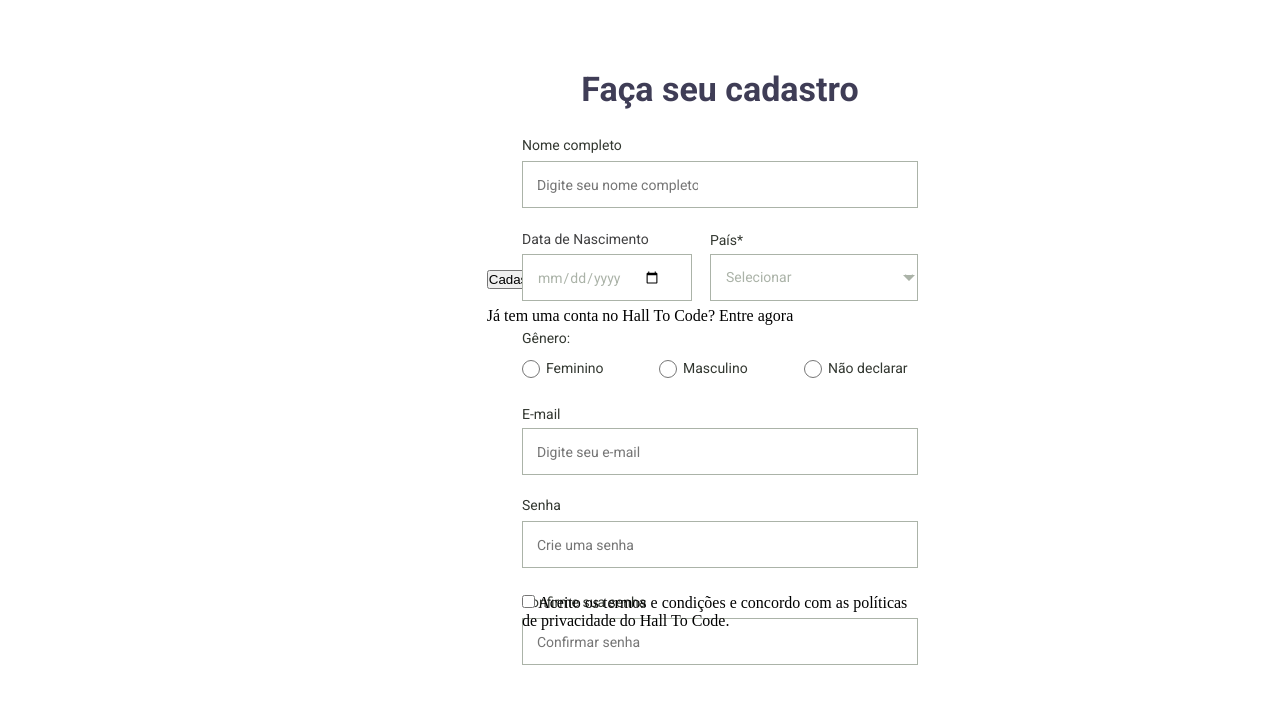
Repository: RenatoCCS/formularios
Page: cadastro.html
The author's editor kept a copy of each file at every save. The page is drawn from the files as they stood at one save, then again after the next save.
The browser window is 1280 px wide. The pictures show the whole page.

Above is the page before, as saved 2023-03-25 15:22:39.

### cadastro.html
<!DOCTYPE html>
<html lang="pt-br">
  <head>
    <meta charset="UTF-8" />
    <meta http-equiv="X-UA-Compatible" content="IE=edge" />
    <meta name="viewport" content="width=device-width, initial-scale=1.0" />
    <link rel="stylesheet" href="style.css" />
    <title>Faça seu cadastro</title>
  </head>

  <body class="container">
    <form action="" class="form__Cadastro">
      <div class="form__Cadastro__Titulo">
        <h1>Faça seu cadastro</h1>
      </div>

      <div class="nome__Cadastro">
        <label class="nome__Cadastro__Nomecompleto" for="name"
          >Nome completo</label
        >

        <input
          class="nome__Cadastro__Campo"
          id="name"
          type="text"
          name="name"
          placeholder="Digite seu nome completo"
        />
      </div>
      <br /><br />

      <div class="data__Cadastro">
        <label class="data__Cadastro__Nascimento" for="date"
          >Data de Nascimento</label
        >
        <br />

        <input
          class="data__Cadastro__Calendario"
          id="date"
          type="date"
          name="date"
          placeholder="dd/mm/aaaa"
        />
      </div>
      <br /><br />

      <div class="pais__Cadastro">
        <label class="pais__Cadastro__Pais" for="options__Cascading"
          >País*</label
        ><br />
        <select
          class="pais__Cadastro__Campo"
          name="opções"
          id="options__Cascading "
        >
          <option>Selecionar</option>
          <option>Brasil</option>
          <option>Argentina</option>
          <option>Chile</option>
          <option>Uruguai</option>
        </select>
        <img
          class="pais__Cadastro__Seta"
          src="./assets/arrow_drop_down.png"
          alt="Icone de seta"
        />
      </div>
      <br /><br />

      <section class="genero__Cadastro">
        <legend class="genero__Cadastro__Titulo">Gênero:</legend>

        <input
          class="genero__Cadastro__Botao1"
          id="option__Button__Feminino"
          type="radio"
          name="botão"
        />
        <label class="genero__Cadastro__Feminino" for="option__Button__Feminino"
          >Feminino</label
        >

        <input
          class="genero__Cadastro__Botao2"
          id="option__Button__Masculino"
          type="radio"
          name="botão"
        />
        <label
          class="genero__Cadastro__Masculino"
          for="option__Button__Masculino"
          >Masculino</label
        >

        <input
          class="genero__Cadastro__Botao3"
          id="option__Button__Naodeclarar"
          type="radio"
          name="botão"
        />
        <label
          class="genero__Cadastro__Naodeclarar"
          for="option__Button__Naodeclarar"
          >Não declarar</label
        >
      </section>
      <br />

      <div class="email__Cadastro">
        <label class="email__Cadastro__Titulo" for="email">E-mail</label>
        <br />
        <input
          class="email__Cadastro__Campo"
          id="email"
          type="email"
          name="email"
          placeholder="Digite seu e-mail"
        />
      </div>
      <br /><br />

      <div class="senha__Cadastro">
        <label class="senha__Cadastro__Titulo" for="password">Senha</label>
        <br />
        <input
          class="senha__Cadastro__Campo"
          id="password"
          type="password"
          name="senha"
          placeholder="Crie uma senha"
        />
      </div>
      <br /><br />

      <div class="confirma__Cadastro">
        <label class="confirma__Cadastro__Titulo" for="confirm__Password"
          >Confirme sua senha</label
        >
        <br />
        <input
          class="confirma__Cadastro__Campo"
          id="confirm__Password"
          type="password"
          name="confirmar__Senha"
          placeholder="Confirmar senha"
        />
      </div>
      <br /><br />

      <div class="termo__Cadastro">
        <input
          class="termo__Cadastro__Botao"
          type="checkbox"
          name="termos"
          id="term"
        />
        <label class="termo__Cadastro__Texto" for="term"
          >Aceito os termos e condições e concordo com as políticas de
          privacidade do Hall To Code.</label
        >
      </div>
      <br /><br />

      <button type="submit">Cadastrar</button>
      <br /><br />

      <p>Já tem uma conta no Hall To Code? Entre agora</p>
    </form>
  </body>
</html>

### style.css
@import url('https://fonts.googleapis.com/css2?family= Roboto :wght@400;700 & display=swap');

* {
  margin: 0;
  padding: 0;
}

:root {
  --primeira-cor: #3f3d56;
  --segunda-cor: #323730;
  --terceira-cor: #abb3a8;
  --quarta-cor: #ffffff;
  --quinta-cor: #3f3f40;

  --fonte-primaria: 'Roboto', sans-serif;
}

.container {
  display: flex;
  justify-content: center;
}

.form__Cadastro__Titulo {
  position: absolute;
  width: 302px;
  height: 43px;
  left: 569px;
  top: 68px;
  color: var(--primeira-cor);
  font-family: var(--fonte-primaria);
  font-style: normal;
  font-weight: 700;
  font-size: 17px; /*o indicado é 37px, mas se manter quebra a linha*/
  line-height: 43px;
  text-align: center;
}

.nome__Cadastro {
  position: absolute;
  width: 396px;
  height: 69px;
  top: 139px;
  left: 522px;
}

.nome__Cadastro__Nomecompleto {
  position: absolute;
  width: 100px;
  height: 24px;
  top: -6px;
  left: 0px;
  color: var(--segunda-cor);
  font-family: var(--fonte-primaria);
  font-style: normal;
  font-weight: 400;
  font-size: 14px;
  line-height: 24px;
}

.nome__Cadastro__Campo {
  position: absolute;
  width: 163px;
  height: 24px;
  top: 34px;
  left: 14px;
  color: var(--terceira-cor);
  font-family: var(--fonte-primaria);
  font-style: normal;
  font-weight: 400;
  font-size: 14px;
  line-height: 24px;
  padding: 12px 219px 11px 14px;
}

.nome__Cadastro__Campo {
  box-sizing: border-box;
  border: 1px solid;
  position: absolute;
  width: 396px;
  height: 47px;
  top: 22px;
  left: 0%;
  right: 0%;
  top: 31, 88%;
  bottom: 0%;
  color: var(--terceira-cor);
  background-color: var(--quarta-cor);
}

.data__Cadastro {
  position: absolute;
  width: 170px;
  height: 74px;
  left: 522px;
  top: 232px;
}

.data__Cadastro__Nascimento {
  position: absolute;
  width: 127px;
  height: 18px;
  top: -2px;
  left: 0px;
  color: var(--quinta-cor);
  font-family: var(--fonte-primaria);
  font-style: normal;
  font-weight: 400;
  font-size: 14px;
  line-height: 24px;
  display: flex;
  align-items: center;
}

.data__Cadastro__Calendario {
  position: absolute;
  width: 83px;
  height: 24px;
  top: 12px;
  left: 14px;
  color: var(--terceira-cor);
  font-family: var(--fonte-primaria);
  font-style: normal;
  font-weight: 400;
  font-size: 14px;
  line-height: 24px;
  display: flex;
  align-items: center;
  padding: 12px 73px 11px 14px;
}

.data__Cadastro__Calendario {
  box-sizing: border-box;
  border: 1px solid;
  position: absolute;
  width: 170px;
  height: 47px;
  top: 22px;
  left: 0%;
  right: 0%;
  top: 31, 88%;
  bottom: 0%;
  color: var(--terceira-cor);
  background-color: var(--quarta-cor);
}

.pais__Cadastro {
  position: absolute;
  width: 208px;
  height: 69px;
  top: 230px;
  left: 710px;
}

.pais__Cadastro__Pais {
  position: absolute;
  width: 34px;
  height: 15px;
  top: -2px;
  left: 0px;
  color: var(--segunda-cor);
  font-family: var(--fonte-primaria);
  font-style: normal;
  font-weight: 400;
  font-size: 14px;
  line-height: 24px;
}

.pais__Cadastro__Campo {
  position: absolute;
  width: 66px;
  height: 24px;
  top: 34px;
  left: 14px;
  color: var(--terceira-cor);
  font-family: var(--fonte-primaria);
  font-style: normal;
  font-weight: 400;
  font-size: 14px;
  line-height: 24px;
  padding: 12px 11px 14px;
}

.pais__Cadastro__Campo {
  box-sizing: border-box;
  border: 1px solid;
  position: absolute;
  width: 208px;
  height: 47px;
  top: 24px;
  left: 0%;
  right: 0%;
  top: 31, 88%;
  bottom: 0%;
  color: var(--terceira-cor);
  background-color: var(--quarta-cor);
}

.pais__Cadastro__Campo option {
  position: absolute;
  color: var(--segunda-cor);
  font-family: var(--fonte-primaria);
  font-style: normal;
  font-weight: 400;
  font-size: 14px;
  line-height: 16px;
}

.pais__Cadastro__Seta {
  position: absolute;
  width: 12px;
  height: 6px;
  top: 45px;
  left: 193px;
}

.genero__Cadastro {
  position: absolute;
  width: 386px;
  height: 50px;
  top: 328px;
  left: 522px;
}

.genero__Cadastro__Titulo {
  position: absolute;
  width: 49px;
  height: 24px;
  top: -2px;
  left: 0px;
  color: var(--segunda-cor);
  font-family: var(--fonte-primaria);
  font-style: normal;
  font-weight: 400;
  font-size: 14px;
  line-height: 24px;
}

.genero__Cadastro__Botao1 {
  position: absolute;
  box-sizing: border-box;
  width: 18px;
  height: 18px;
  top: 32px;
  left: 0px;
}

.genero__Cadastro__Feminino {
  position: absolute;
  width: 58px;
  height: 16px;
  top: 32px;
  left: 24px;
  color: var(--segunda-cor);
  font-family: var(--fonte-primaria);
  font-style: normal;
  font-weight: 400;
  font-size: 14px;
  line-height: 16px;
}

.genero__Cadastro__Botao2 {
  position: absolute;
  box-sizing: border-box;
  width: 18px;
  height: 18px;
  top: 32px;
  left: 137px;
}

.genero__Cadastro__Masculino {
  position: absolute;
  width: 65px;
  height: 16px;
  top: 32px;
  left: 161px;
  color: var(--segunda-cor);
  font-family: var(--fonte-primaria);
  font-style: normal;
  font-weight: 400;
  font-size: 14px;
  line-height: 16px;
}

.genero__Cadastro__Botao3 {
  position: absolute;
  box-sizing: border-box;
  width: 18px;
  height: 18px;
  top: 32px;
  left: 282px;
}

.genero__Cadastro__Naodeclarar {
  position: absolute;
  width: 81px;
  height: 16px;
  top: 32px;
  left: 306px;
  color: var(--segunda-cor);
  font-family: var(--fonte-primaria);
  font-style: normal;
  font-weight: 400;
  font-size: 14px;
  line-height: 16px;
}

.email__Cadastro {
  position: absolute;
  width: 396px;
  height: 69px;
  top: 406px;
  left: 522px;
}

.email__Cadastro__Titulo {
  position: absolute;
  width: 40px;
  height: 24px;
  top: -4px;
  left: 0px;
  color: var(--segunda-cor);
  font-family: var(--fonte-primaria);
  font-style: normal;
  font-weight: 400;
  font-size: 14px;
  line-height: 24px;
}

.email__Cadastro__Campo {
  position: absolute;
  width: 104px;
  height: 24px;
  top: 34px;
  left: 14px;
  color: var(--terceira-cor);
  font-family: var(--fonte-primaria);
  font-style: normal;
  font-weight: 400;
  font-size: 14px;
  line-height: 24px;
  padding: 12px 270px 11px 14px;
}

.email__Cadastro__Campo {
  box-sizing: border-box;
  border: 1px solid;
  position: absolute;
  width: 396px;
  height: 47px;
  top: 22px;
  left: 0%;
  right: 0%;
  top: 31, 88%;
  bottom: 0%;
  color: var(--terceira-cor);
  background-color: var(--quarta-cor);
}

.senha__Cadastro {
  position: absolute;
  width: 396px;
  height: 75px;
  top: 497px;
  left: 522px;
}

.senha__Cadastro__Titulo {
  position: absolute;
  width: 39px;
  height: 24px;
  top: -4px;
  left: 0px;
  color: var(--segunda-cor);
  font-family: var(--fonte-primaria);
  font-style: normal;
  font-weight: 400;
  font-size: 14px;
  line-height: 24px;
}

.senha__Cadastro__Campo {
  position: absolute;
  width: 97px;
  height: 24px;
  top: 34px;
  left: 14px;
  color: var(--terceira-cor);
  font-family: var(--fonte-primaria);
  font-style: normal;
  font-weight: 400;
  font-size: 14px;
  line-height: 24px;
  padding: 12px 278px 11px 14px;
}

.senha__Cadastro__Campo {
  box-sizing: border-box;
  border: 1px solid;
  position: absolute;
  width: 396px;
  height: 47px;
  top: 22px;
  left: 0%;
  right: 0%;
  top: 31.88%;
  bottom: 0%;
  color: var(--terceira-cor);
  background-color: var(--quarta-cor);
}

.confirma__Cadastro {
  position: absolute;
  width: 396px;
  height: 75px;
  top: 594px;
  left: 522px;
}

.confirma__Cadastro__Titulo {
  position: absolute;
  width: 126px;
  height: 24px;
  top: -4px;
  left: 0px;
  color: var(--segunda-cor);
  font-family: var(--fonte-primaria);
  font-style: normal;
  font-weight: 400;
  font-size: 14px;
  line-height: 24px;
}

.confirma__Cadastro__Campo {
  position: absolute;
  width: 104px;
  height: 24px;
  top: 34px;
  left: 14px;
  color: var(--terceira-cor);
  font-family: var(--fonte-primaria);
  font-style: normal;
  font-weight: 400;
  font-size: 14px;
  line-height: 24px;
  padding: 12px 276px 11px 14px;
}

.confirma__Cadastro__Campo {
  box-sizing: border-box;
  border: 1px solid;
  position: absolute;
  width: 396px;
  height: 47px;
  top: 22px;
  left: 0%;
  right: 0%;
  top: 31.88%;
  bottom: 0%;
  color: var(--terceira-cor);
  background-color: var(--quarta-cor);
}

.termo__Cadastro {
  position: absolute;
  width: 396px;
  height: 34px;
  top: 594px;
  left: 522px;
}

After the next save:
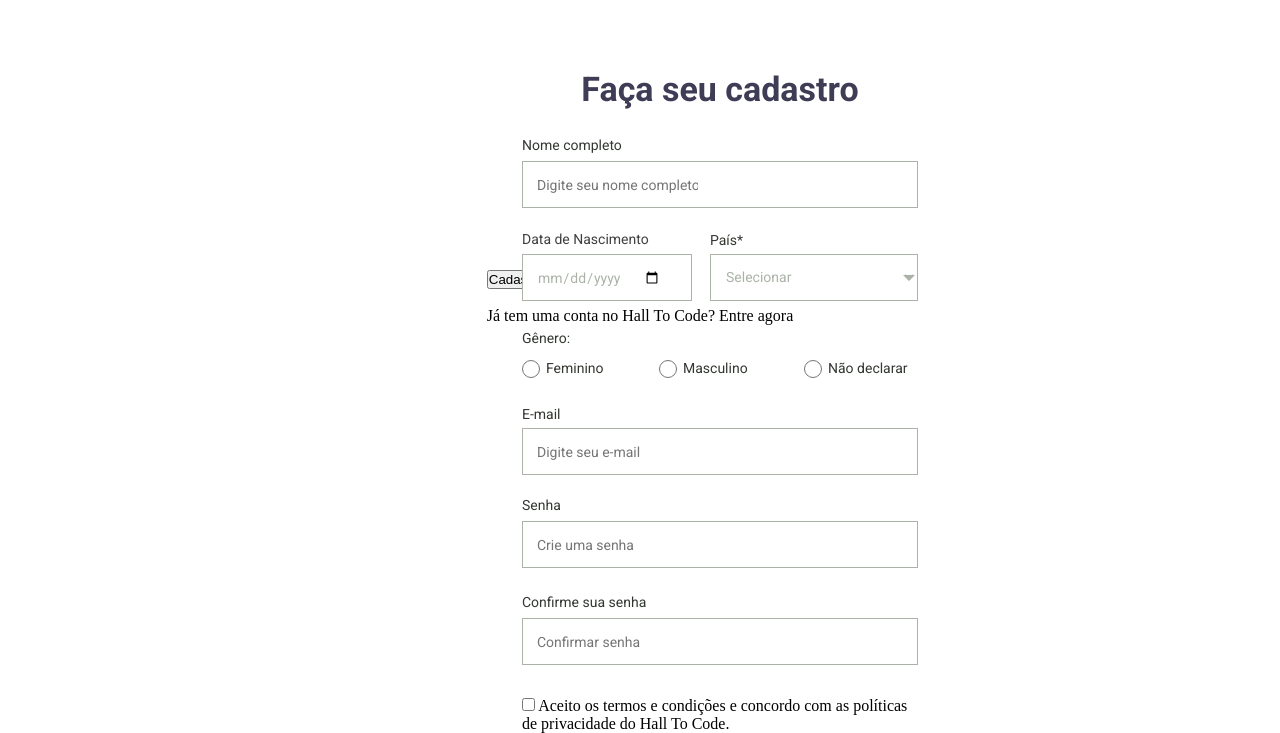
Saved 28 s later.
--- a/style.css
+++ b/style.css
@@ -464,6 +464,6 @@
   position: absolute;
   width: 396px;
   height: 34px;
-  top: 594px;
-  left: 522px;
-}
+  top: 697px;
+  left: 522px;
+}
